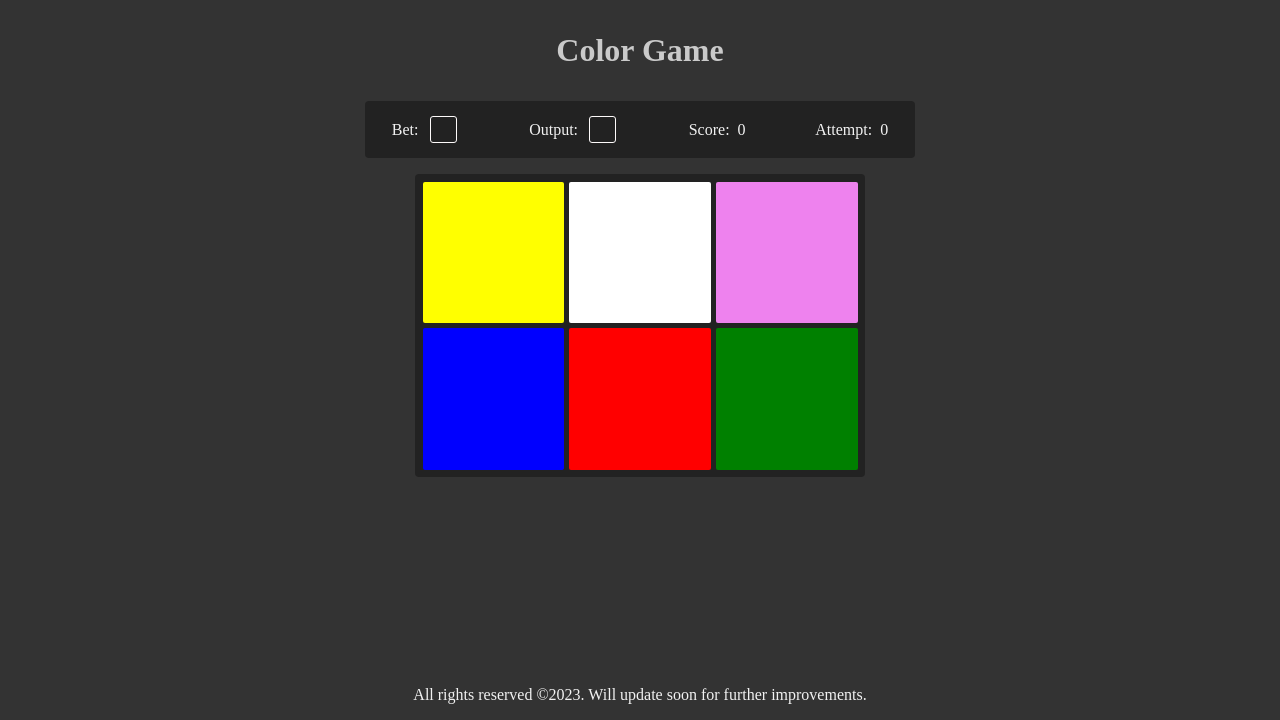
Repository: Pxych09/Simple-Game-VanillaJS
Page: Simple Web Game/color-game.html
An editor plug-in stored every save of this project. The page is shown before and after the next save, followed by the edit.
The browser window is 1280 px wide. The pictures show the whole page.

Above is the page before, as saved 2023-10-03 12:07:20.

After the next save:
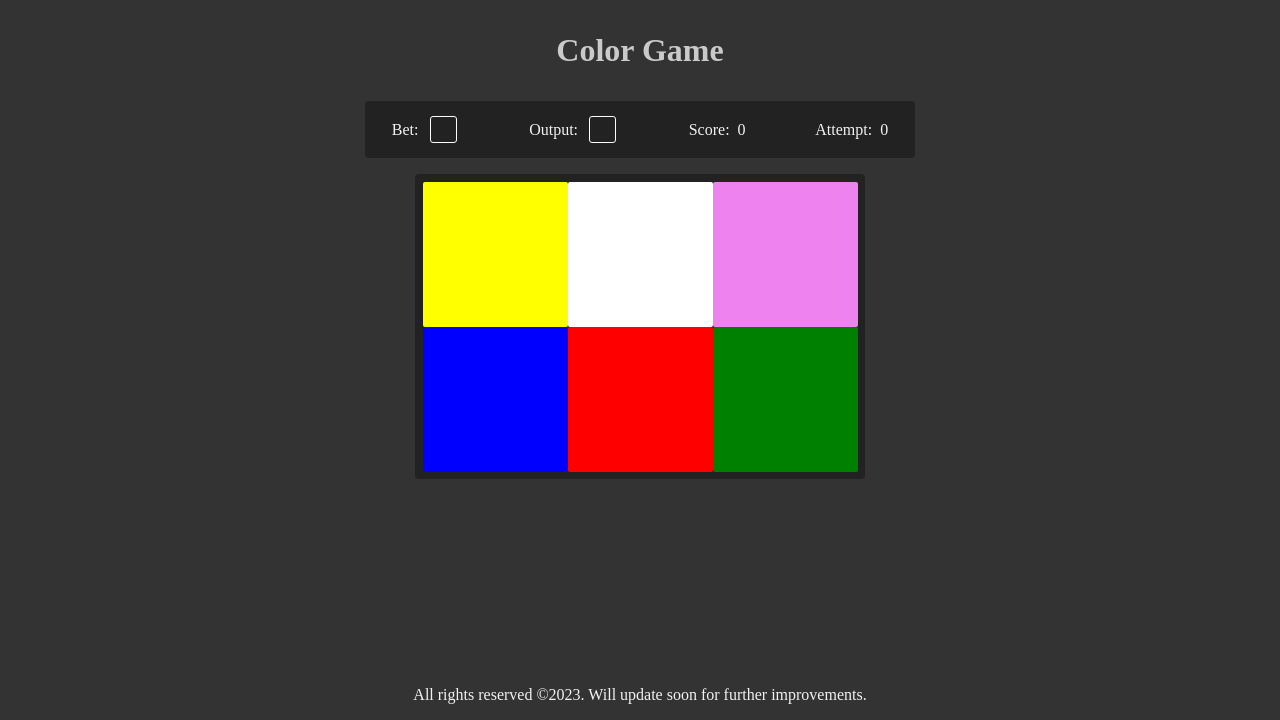
Saved 2 min 37 s later.
--- a/Simple Web Game/css/styles.css
+++ b/Simple Web Game/css/styles.css
@@ -84,7 +84,7 @@ button.btn-roll-color{
     --gap: 5px;
     display: grid;
     grid-template-columns: repeat(3, 1fr);
-    gap: var(--gap);
+    /* gap: var(--gap);  */
     width: min(100%, var(--mx-width));
     background: #222;
     padding: calc(var(--gap) * 1.5);
